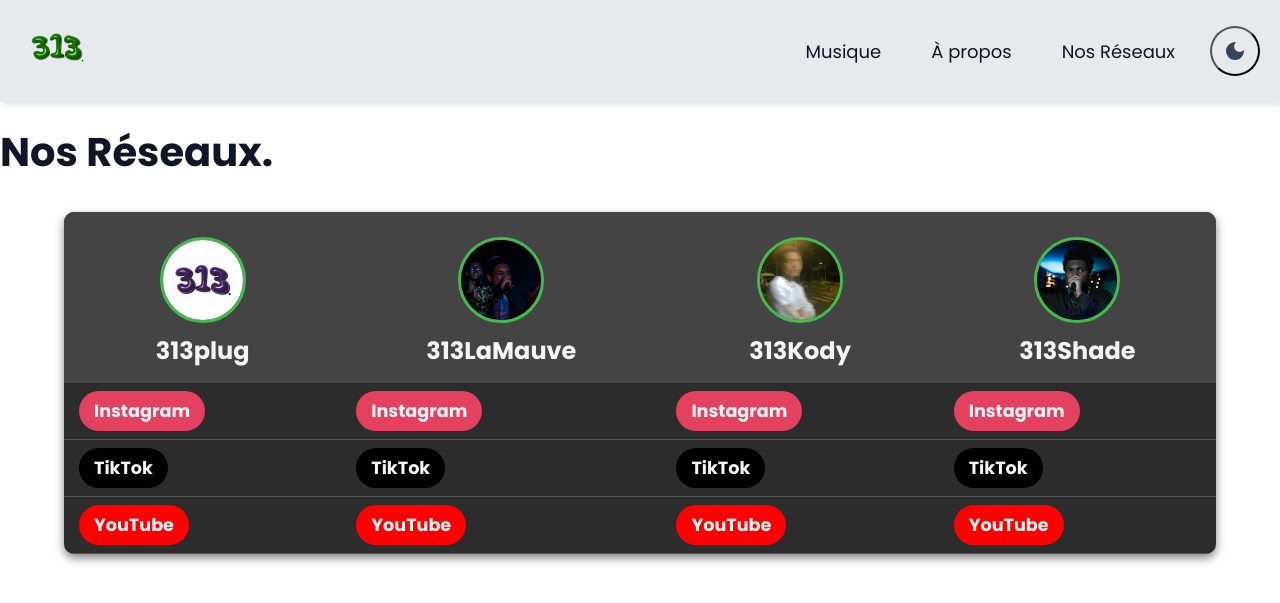
Repository: 313Kody/313plug-Site-Officiel
Page: réseau.html
These files come from the project's save history. The page is drawn as it stood at one moment and after the next save; the edit follows.
The browser window is 1280 px wide. The pictures show the whole page.
Some web fonts or font styles are not loaded; a fallback is used.

Above is the page before, as saved 2024-11-24 22:20:53.

After the next save:
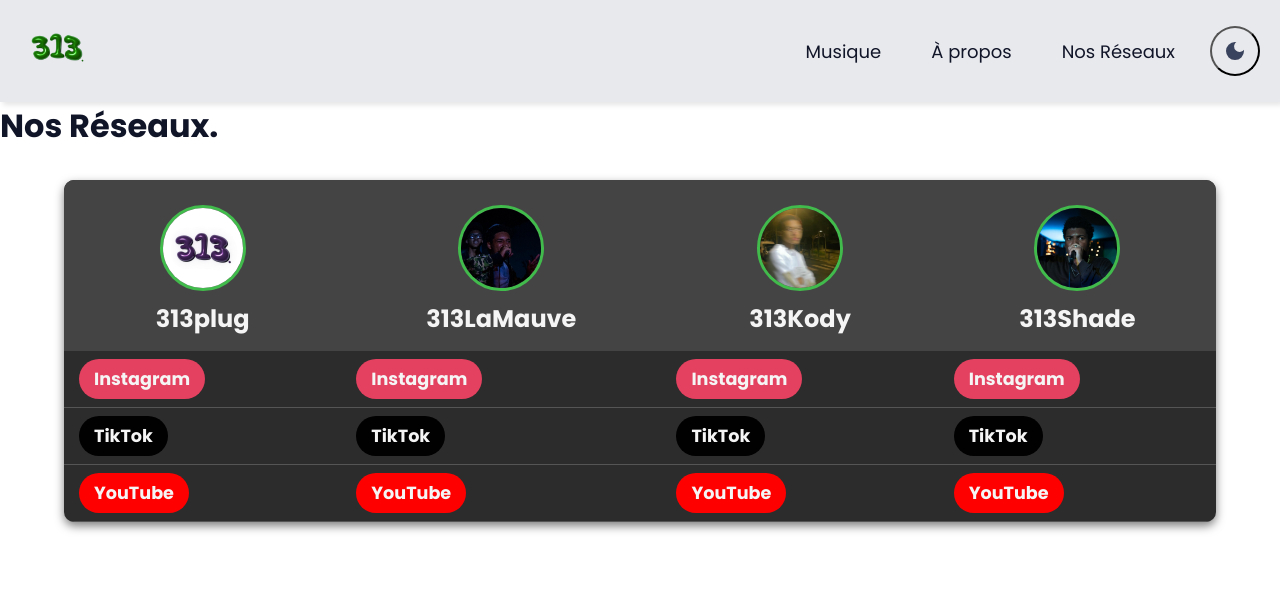
Saved 114 s later.
--- a/réseau.html
+++ b/réseau.html
@@ -68,7 +68,9 @@
              sidebar.style.display = 'none';
          }
       </script>
-   <h1 class="page-title">Nos Réseaux.</h1>
+   <div class="text-intro3">
+      <h1>Nos Réseaux.</h1>
+   </div>
    <table class="social-table">
      <thead>
        <tr>
